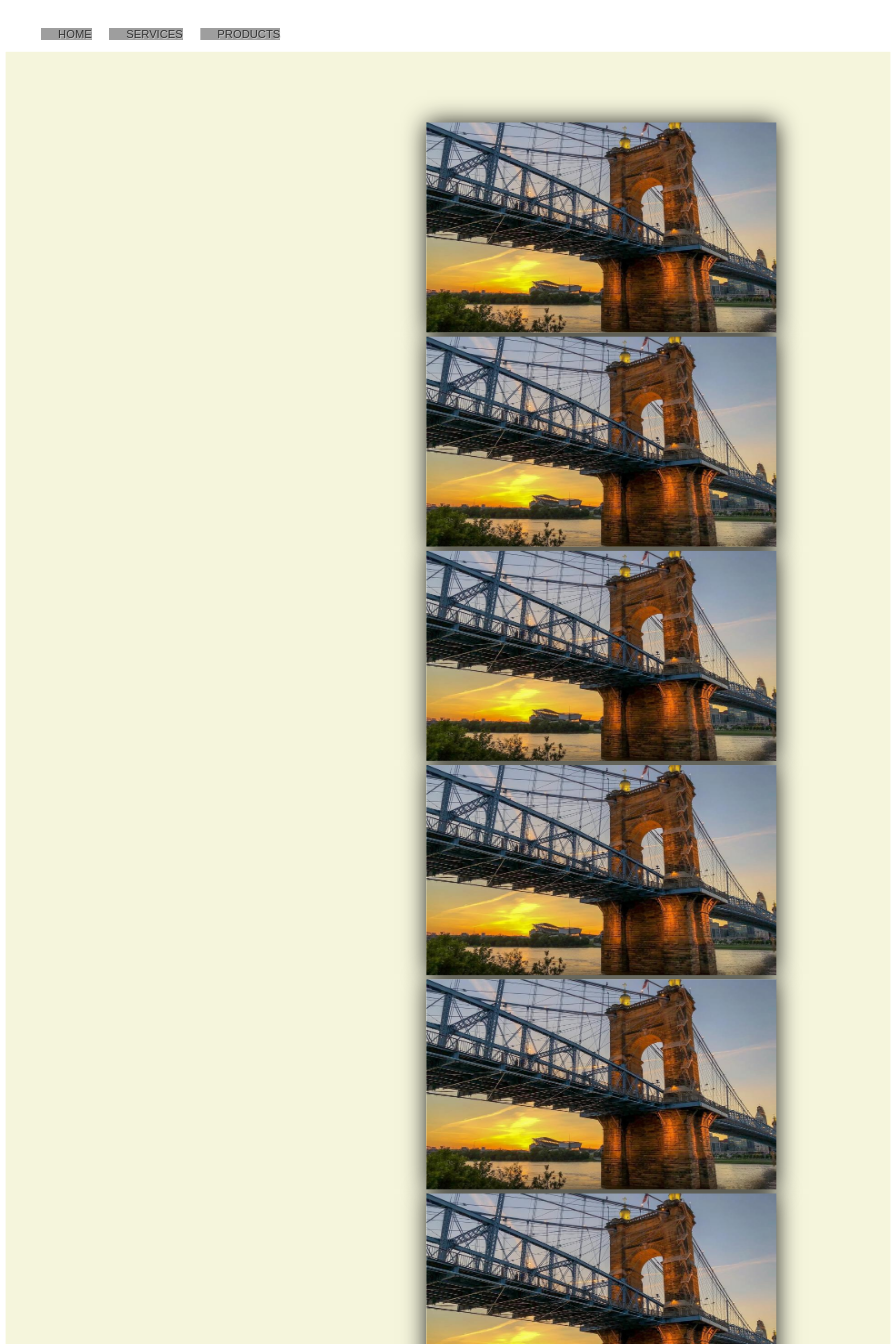
Repository: LtGriff/capstoneprogress
Page: index.html
These files come from the project's save history. The page is drawn as it stood at one moment and after the next save; the edit follows.
The browser window is 1280 px wide. The pictures show the part of the page from y = 0 to 1920 px (the page is 4670 px tall before and 4778 px after), at 70% of full size.
Pictures or frames that could not be fetched are drawn as grey boxes.

Above is the page before, as saved 2022-06-06 01:09:55.

After the next save:
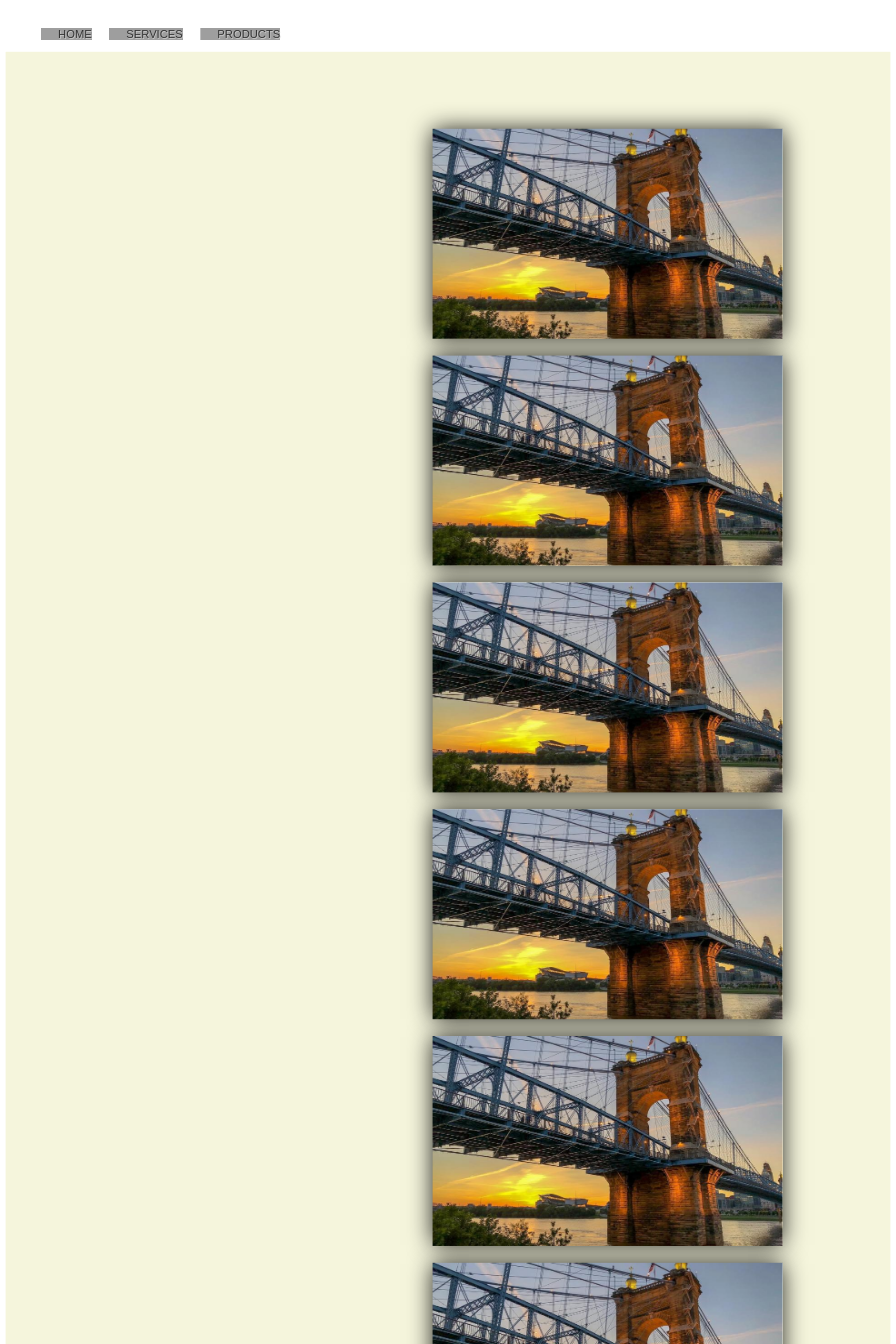
Saved 10 s later.
--- a/style.css
+++ b/style.css
@@ -32,7 +32,7 @@ body { font-family: sans-serif; }
 }
 
 .gallery .picture{
-  margin: 1px;
+  margin: 10px;
 }
 
 .gallery .picture img{
